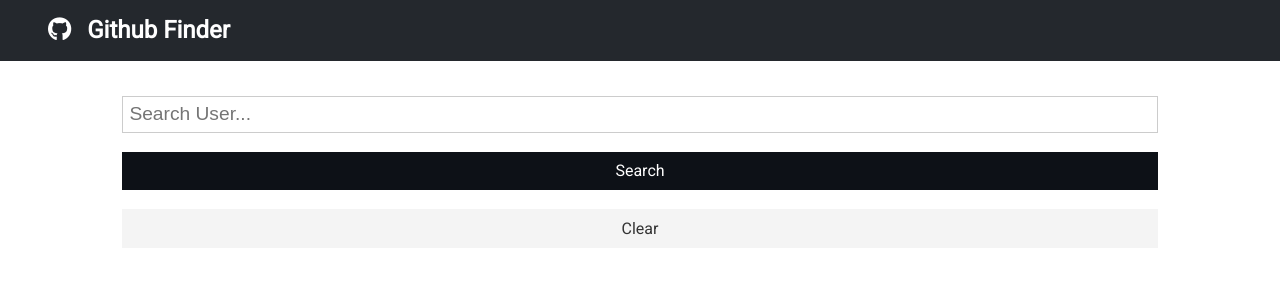
Repository: Garry028/Github-Finder
Page: /
These files come from the project's save history. The page is drawn as it stood at one moment and after a run of saves; the edit follows.
The browser window is 1280 px wide. The pictures show the whole page.
Some web libraries are served in a nearby version. The project was rebuilt for these pictures with package versions that can differ from the ones it lists, and the page was loaded fresh each time. Also part of the build but not shown: src/Components/layout/Spinner.js, src/Components/Users/UserItem.js.

Above is the page before, as saved 2022-08-08 13:02:05.

### public/index.html
<!DOCTYPE html>
<html lang="en">
  <head>
    <meta charset="utf-8" />
    <link rel="icon" href="%PUBLIC_URL%/favicon.ico" />
    <meta name="viewport" content="width=device-width, initial-scale=1" />
    <meta name="theme-color" content="#000000" />
    <meta
      name="description"
      content="Web site created using create-react-app"
    />
    <link rel="apple-touch-icon" href="%PUBLIC_URL%/logo192.png" />

    <link rel="manifest" href="%PUBLIC_URL%/manifest.json" />
    <script src="https://kit.fontawesome.com/fa0a123442.js" crossorigin="anonymous"></script>
    <title>Github Finder</title>
  </head>
  <body>
    <noscript>You need to enable JavaScript to run this app.</noscript>
    <div id="root"></div>

  </body>
</html>

### src/App.js
import './App.css';
import React, { Component } from 'react'
import Navbar from './Components/layout/Navbar';
import Users from './Components/Users/Users';
import axios from 'axios';
import Search from './Components/Users/Search';

class App extends Component {

  state = {
    users: [],
    loading: false
  }

  // async componentDidMount() {


  //   this.setState({ loading: true });

  //   const res = await axios.get(`https://api.github.com/users?client_id=${process.env.REACT_APP_GITHUB_CLIENT_ID}&client_secret=${process.env.REACT_APP_GITHUB_CLIENT_SECRET}`);

  //   this.setState({ users: res.data, loading: false });
  // }
  //componentDidMount Called immediately after a component is mounted. Setting state here will trigger re-rendering.

  // search github users
  searchUsers = async text => {
    this.setState({ loading: true });

    const res = await axios.get(`https://api.github.com/search/users?q=${text}&client_id=${process.env.REACT_APP_GITHUB_CLIENT_ID}&client_secret=${process.env.REACT_APP_GITHUB_CLIENT_SECRET}`);

    this.setState({ users: res.data.items, loading: false });
  };

  // clear users from the state
  clearUsers = () => {
    this.setState({ users: [], loading: false });
  }

  render() {
    return (
      <div className='App'>
        <Navbar title={"Github Finder"} />
        <div className="container">
          <Search searchUsers={this.searchUsers} clearUsers={this.clearUsers} showClear={this.state.length > 0 ? true:false} />
          <Users loading={this.state.loading} users={this.state.users} />
        </div>
      </div>
    )
  }
}
export default App;

### src/App.css
@import url('https://fonts.googleapis.com/css?family=Roboto');

/* Global Styles */
:root {
  --primary-color: #dc3545;
  --dark-color: #0d1117;
  --light-color: #f4f4f4;
  --danger-color: #dc3545;
  --success-color: #28a745;
}

* {
  box-sizing: border-box;
  margin: 0;
  padding: 0;
}

body {
  font-family: 'Roboto', sans-serif;
  font-size: 1rem;
  line-height: 1.6;
  background-color: #fff;
  color: #333;
}

a {
  color: var(--primary-color);
  text-decoration: none;
}

a:hover {
  color: #666;
}

ul {
  list-style: none;
}

img {
  width: 100%;
}

/* Utilities */
.container {
  max-width: 1100px;
  margin: auto;
  overflow: hidden;
  padding: 0 2rem;
}

/* Text Styles*/
.x-large {
  font-size: 4rem;
  line-height: 1.2;
  margin-bottom: 1rem;
}

.large {
  font-size: 3rem;
  line-height: 1.2;
  margin-bottom: 1rem;
}

.lead {
  font-size: 1.5rem;
  margin-bottom: 1rem;
}

.text-center {
  text-align: center;
}

.text-primary {
  color: var(--primary-color);
}

.text-dark {
  color: var(--dark-color);
}

.text-success {
  color: var(--success-color);
}

.text-danger {
  color: var(--danger-color);
}

.text-center {
  text-align: center;
}

.text-right {
  text-align: right;
}

.text-left {
  text-align: left;
}

/* Center All */
.all-center {
  display: flex;
  flex-direction: column;
  width: 100%;
  margin: auto;
  justify-content: center;
  align-items: center;
  text-align: center;
}

/* Cards */
.card {
  padding: 1rem;
  border: #ccc 1px dotted;
  margin: 0.7rem 0;
}

/* List */
.list {
  margin: 0.5rem 0;
}

.list li {
  padding-bottom: 0.3rem;
}

/* Padding */
.p {
  padding: 0.5rem;
}
.p-1 {
  padding: 1rem;
}
.p-2 {
  padding: 2rem;
}
.p-3 {
  padding: 3rem;
}
.py {
  padding: 0.5rem 0;
}
.py-1 {
  padding: 1rem 0;
}
.px-1{
  padding:0 1rem ;
}
.py-2 {
  padding: 2rem 0;
}
.py-3 {
  padding: 3rem 0;
}

/* Margin */
.m {
  margin: 0.5rem;
}
.m-1 {
  margin: 1rem;
}
.m-2 {
  margin: 2rem;
}
.m-3 {
  margin: 3rem;
}
.my {
  margin: 0.5rem 0;
}
.my-1 {
  margin: 1rem 0;
}
.my-2 {
  margin: 2rem 0;
}
.my-3 {
  margin: 3rem 0;
}

/* Grid */
.grid-2 {
  display: grid;
  grid-template-columns: repeat(2, 1fr);
  grid-gap: 1rem;
}

.grid-3 {
  display: grid;
  grid-template-columns: repeat(3, 1fr);
  grid-gap: 1rem;
}

.grid-4 {
  display: grid;
  grid-template-columns: repeat(4, 1fr);
  grid-gap: 1rem;
}

.btn {
  display: inline-block;
  background: var(--light-color);
  color: #333;
  padding: 0.4rem 1.3rem;
  font-size: 1rem;
  border: none;
  cursor: pointer;
  margin-right: 0.5rem;
  transition: opacity 0.2s ease-in;
  outline: none;
}

.btn-link {
  background: none;
  padding: 0;
  margin: 0;
}

.btn-block {
  display: block;
  width: 100%;
}

.btn-sm {
  font-size: 0.8rem;
  padding: 0.3rem 1rem;
  margin-right: 0.2rem;
}

.badge {
  display: inline-block;
  font-size: 0.8rem;
  padding: 0.2rem 0.7rem;
  text-align: center;
  margin: 0.3rem;
  background: var(--light-color);
  color: #333;
  border-radius: 5px;
}

.alert {
  padding: 0.7rem;
  margin: 1rem 0;
  opacity: 0.9;
  background: var(--light-color);
  color: #333;
}

.btn-primary,
.bg-primary,
.badge-primary,
.alert-primary {
  background: var(--primary-color);
  color: #fff;
}

.btn-light,
.bg-light,
.badge-light,
.alert-light {
  background: var(--light-color);
  color: #333;
}

.btn-dark,
.bg-dark,
.badge-dark,
.alert-dark {
  background: var(--dark-color);
  color: #fff;
}

.btn-danger,
.bg-danger,
.badge-danger,
.alert-danger {
  background: var(--danger-color);
  color: #fff;
}

.btn-success,
.bg-success,
.badge-success,
.alert-success {
  background: var(--success-color);
  color: #fff;
}

.btn-white,
.bg-white,
.badge-white,
.alert-white {
  background: #fff;
  color: #333;
  border: #ccc solid 1px;
}

.btn:hover {
  opacity: 0.8;
}

.bg-light,
.badge-light {
  border: #ccc solid 1px;
}

.round-img {
  border-radius: 50%;
}

/* Forms */
input {
  margin: 1.2rem 0;
}

.form-text {
  display: block;
  margin-top: 0.3rem;
  color: #888;
}

input[type='text'],
input[type='email'],
input[type='password'],
input[type='date'],
select,
textarea {
  display: block;
  width: 100%;
  padding: 0.4rem;
  font-size: 1.2rem;
  border: 1px solid #ccc;
}

input[type='submit'],
button {
  font: inherit;
}

table th,
table td {
  padding: 1rem;
  text-align: left;
}

table th {
  background: var(--light-color);
}

/* Navbar */
.navbar {
  display: flex;
  justify-content: space-between;
  align-items: center;
  padding: 0.7rem 2rem;
  z-index: 1;
  width: 100%;
  opacity: 0.9;
  margin-bottom: 1rem;
}

.navbar ul {
  display: flex;
}

.navbar a {
  color: #fff;
  padding: 0.45rem;
  margin: 0 0.25rem;
}

.navbar a:hover {
  color: var(--light-color);
}

.navbar .welcome span {
  margin-right: 0.6rem;
}

/* Mobile Styles */
@media (max-width: 700px) {
  .hide-sm {
    display: none;
  }

  .grid-2,
  .grid-3,
  .grid-4 {
    grid-template-columns: 1fr;
  }

  /* Text Styles */
  .x-large {
    font-size: 3rem;
  }

  .large {
    font-size: 2rem;
  }

  .lead {
    font-size: 1rem;
  }

  /* Navbar */
  .navbar {
    display: block;
    text-align: center;
  }

  .navbar ul {
    text-align: center;
    justify-content: center;
  }
}

### src/Components/layout/Navbar.js
import React from "react";

const Navbar = (props) =>{

        return (
            <nav className="navbar bg-dark">
                <h1>
                    <i className="fab fa-github px-1" />{props.title}
                </h1>
            </nav>
        );
}
export default Navbar;

### src/Components/Users/Users.js
import React from 'react'
import Spinner from '../layout/Spinner';
import UserItem from './UserItem';
import PropTypes from 'prop-types';

const Users = ({ users, loading }) => {

    if (loading) {
        return <Spinner/>
    }
    else {
        return (
            <div style={userStyle}>
                {users.map(user => (
                    <UserItem key={user.id} user={user} />
                ))}
            </div>
        )
    }
}

Users.propTypes={
    users:PropTypes.array.isRequired,
    loading:PropTypes.bool.isRequired
}
// this is type checking

const userStyle = {

    display: 'grid',
    gridTemplateColumns: 'repeat(3,1fr)',
    gridGap: '1rem'
}


export default Users;

### src/Components/Users/Search.js
import React, { Component } from 'react';
import PropTypes from 'prop-types';

class Search extends Component {

    state = {
        text: ''
    };

    static propTypes={
        searchUsers: PropTypes.func.isRequired,
        clearUsers: PropTypes.func.isRequired,
        showClear:PropTypes.bool.isRequired
    }

    onChange= (e) =>{
      this.setState({[e.target.name]:e.target.value});
    }

    onSubmit= (e) =>{
      e.preventDefault();
      this.props.searchUsers(this.state.text); // sending the props up
      this.setState({text:""});
    }

    render() {
        return (
            <div>
                <form onSubmit={this.onSubmit} className="form">
                    <input type="text" name='text' placeholder='Search User...' value={this.state.text} onChange={this.onChange} />
                    <input type="submit" value="Search" className='btn btn-dark btn-block' />
                </form>
                {this.props.showClear}
                <button className="btn btn btn-light btn-block" onClick={this.props.clearUsers}>
                    Clear
                </button>
            </div>
        )
    }
}

export default Search;

Loaded but not shown: src/index.js (common file); src/reportWebVitals.js (common file)

After the next 4 saves:
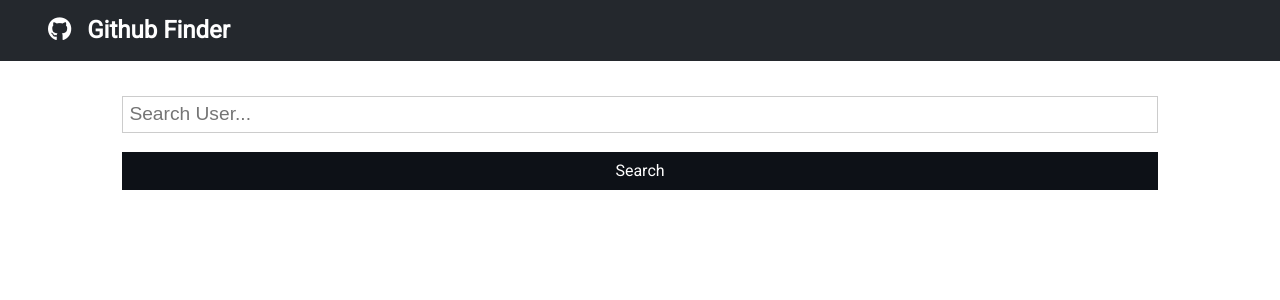
The 4 saves are shown as one change because 2 did not build or start and some came seconds apart.
The last was saved 26 s later.
--- a/src/Components/Users/Search.js
+++ b/src/Components/Users/Search.js
@@ -30,10 +30,10 @@ class Search extends Component {
                     <input type="text" name='text' placeholder='Search User...' value={this.state.text} onChange={this.onChange} />
                     <input type="submit" value="Search" className='btn btn-dark btn-block' />
                 </form>
-                {this.props.showClear}
-                <button className="btn btn btn-light btn-block" onClick={this.props.clearUsers}>
+                {this.props.showClear &&(<button className="btn btn btn-light btn-block" onClick={this.props.clearUsers}>
                     Clear
-                </button>
+                </button>) }
+
             </div>
         )
     }
